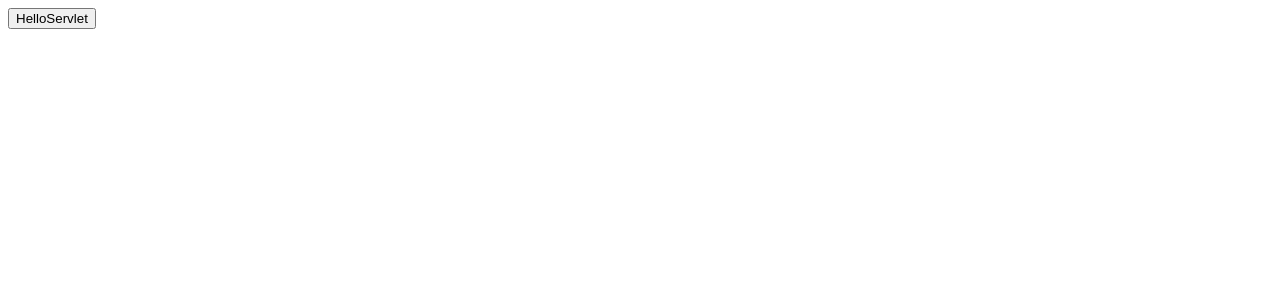
Repository: Zz313s/backup
Page: http://localhost/HelloServlet/
These files come from the project's save history. The page is drawn as it stood at one moment and after the next save; the edit follows.
The browser window is 1280 px wide. The pictures show the whole page.
The page is served by Tomcat 9.

Above is the page before, as saved 2017-11-20 10:50:44.
Console error (its wording comes from the project's code and is left out).

After the next save:
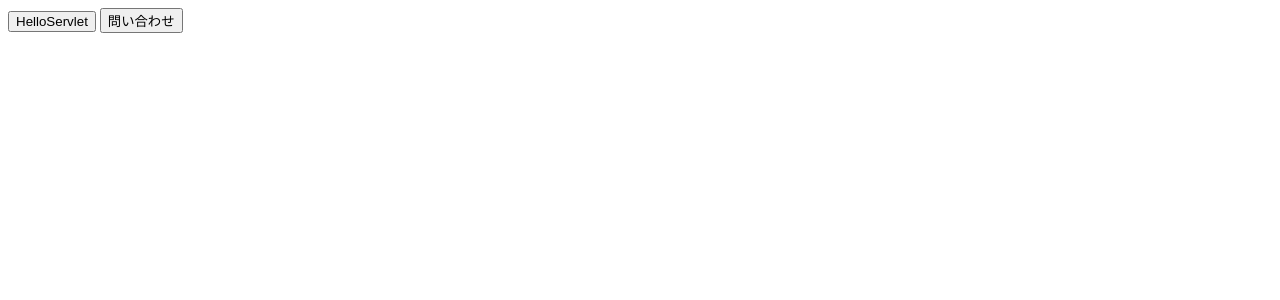
Saved 12 min 9 s later.
--- a/saba/HelloServlet/WebContent/index.jsp
+++ b/saba/HelloServlet/WebContent/index.jsp
@@ -8,5 +8,6 @@
 </head>
 <body>
 <input type="button" value="HelloServlet" onClick="location.href'HelloServlet'">
+<input type="button" value="問い合わせ" onClick="location.href='welcome.jsp'">
 </body>
 </html>
